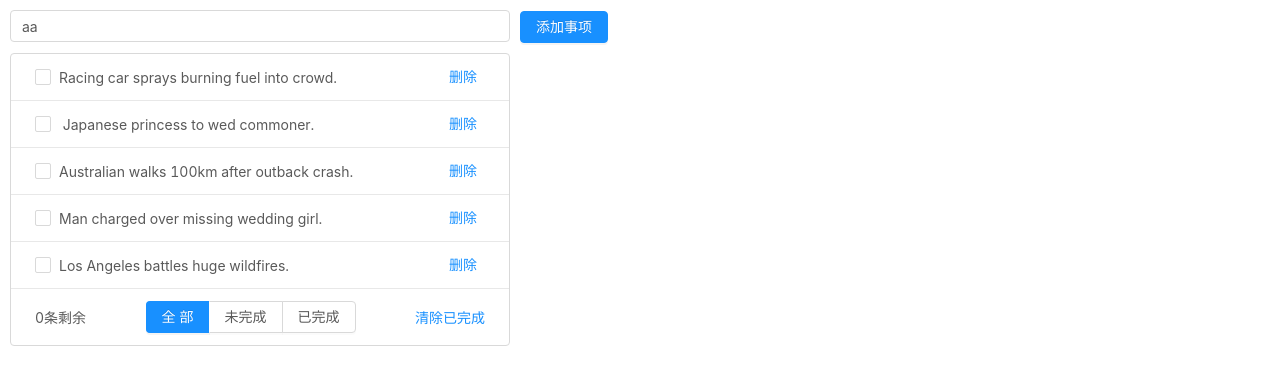
Repository: hnwj/todo
Page: /
An editor plug-in stored every save of this project. The page is shown before and after a run of saves, followed by the edit.
The browser window is 1280 px wide. The pictures show the whole page.
The project was rebuilt for these pictures with package versions that can differ from the ones it lists, and the page was loaded fresh each time. Also part of the build but not shown: vue.config.js.

Above is the page before, as saved 2022-10-11 19:58:28.

### src/main.js
import Vue from 'vue'
import App from './App.vue'
import store from './store'
import axios from 'axios'

// 1、导入ant-design-vue 组件库
import Antd from 'ant-design-vue'

// 2、导入组件库的样式表
import 'ant-design-vue/dist/antd.css'

Vue.config.productionTip = false
// 3、安装组件库
Vue.use(Antd)

new Vue({
  store,
  axios,
  render: h => h(App)
}).$mount('#app')

### src/App.vue
<template>
  <div id="app">
    <a-input placeholder="请输入任务" class="my_ipt" :value="inputValue" @change="handleInputChange"/>
    <a-button type="primary" @click="addItemTodo">添加事项</a-button>

    <a-list bordered :dataSource="list" class="dt_list">
      <a-list-item slot="renderItem" slot-scope="item">
        <!-- 复选框 -->
        <a-checkbox>{{ item.info }}</a-checkbox>
        <!-- 删除链接 -->
        <a slot="actions" @click="removeItem(item.id)">删除</a>
      </a-list-item>

      <!-- footer区域 -->
      <div class="footer" slot="footer">
        <span>0条剩余</span>
        <a-button-group>
          <a-button type="primary">全部</a-button>
          <a-button>未完成</a-button>
          <a-button>已完成</a-button>
        </a-button-group>
        <a>清除已完成</a>
      </div>
    </a-list>
  </div>
</template>
<script>
import { mapState } from 'vuex'
export default {
  name: 'app',
  data () {
    return {

    }
  },
  created () {
    this.$store.dispatch('getList')
  },
  computed: {
    ...mapState(['list', 'inputValue'])
  },
  methods: {
    handleInputChange (e) {
      console.log(e.target.value)
      this.$store.commit('setInputValue', e.target.value)
    },
    // 添加事项
    addItemTodo () {
      if (this.inputValue.trim().length <= 0) {
        return this.$message.warning('输入不能为空！')
      }
      this.$store.commit('addItem')
    },
    // 按照id,删除事项
    removeItem (id) {
      this.$store.commit('removeItem', id)
    }
  }
}
</script>
<style scoped>
#app {
  padding: 10px;
}
.my_ipt {
  width: 500px;
  margin-right: 10px;
}
.dt_list {
  width: 500px;
  margin-top: 10px;
}
.footer {
  display: flex;
  justify-content: space-between;
  align-items: center;
}
</style>

### src/store/index.js
import axios from 'axios'
import Vue from 'vue'
import Vuex from 'vuex'

Vue.use(Vuex)

export default new Vuex.Store({
  state: {
    // 所有的任务列表
    list: [],
    // 文本框的内容
    inputValue: 'aa',
    // 下一个事项id
    nextId: 5
  },
  getters: {
  },
  mutations: {
    initList (state, list) {
      state.list = list
    },
    // 为store中的inputValue赋值
    setInputValue (state, val) {
      state.inputValue = val
    },
    // 添加事项
    addItem (state) {
      const obj = {
        id: state.nextId,
        info: state.inputValue.trim(),
        done: false
      }
      state.list.push(obj)
      state.nextId++
      state.inputValue = ''
    },
    // 更具id，删除事项
    removeItem (state, id) {
      // 查id
      const i = state.list.findIndex(x => x.id === id)
      // 根据索引，删除对应的事项
      if (i !== -1) {
        state.list.splice(i, 1)
      }
    }

  },
  actions: {
    getList (context) {
      axios.get('/list.json').then(({ data }) => {
        console.log(data)
        context.commit('initList', data)
      })
    }
  },
  modules: {
  }
})

### public/list.json
[{
  "id": 0,
  "info": "Racing car sprays burning fuel into crowd.",
  "done": true
},
{
  "id": 1,
  "info": " Japanese princess to wed commoner.",
  "done": false
},
{
  "id": 2,
  "info": "Australian walks 100km after outback crash.",
  "done": true
},
{
  "id": 3,
  "info": "Man charged over missing wedding girl.",
  "done": false
},
{
  "id": 4,
  "info": "Los Angeles battles huge wildfires.",
  "done": false
}]

Loaded but not shown: public/index.html (common file)

After the next 8 saves:
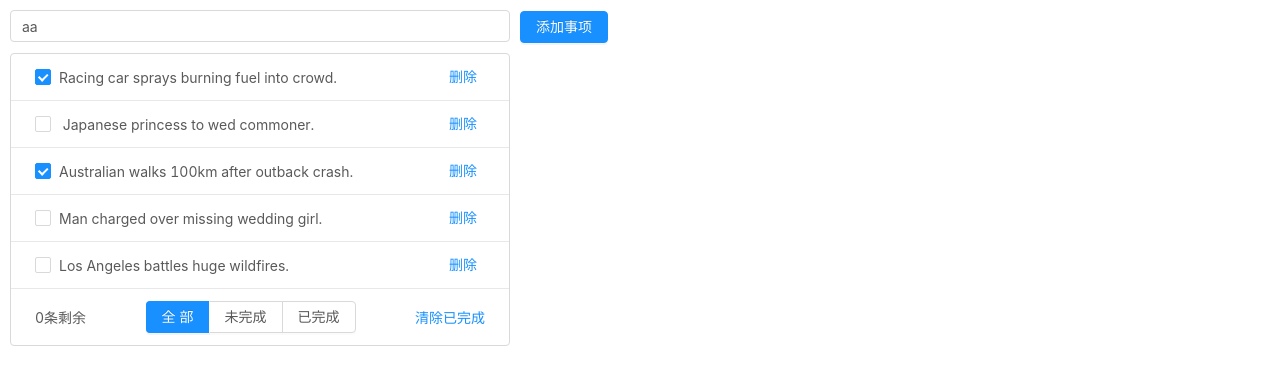
The 8 saves are shown as one change because they came seconds apart.
The last was saved 70 s later.
--- a/src/App.vue
+++ b/src/App.vue
@@ -6,7 +6,7 @@
     <a-list bordered :dataSource="list" class="dt_list">
       <a-list-item slot="renderItem" slot-scope="item">
         <!-- 复选框 -->
-        <a-checkbox>{{ item.info }}</a-checkbox>
+        <a-checkbox :checked="item.done">{{ item.info }}</a-checkbox>
         <!-- 删除链接 -->
         <a slot="actions" @click="removeItem(item.id)">删除</a>
       </a-list-item>
